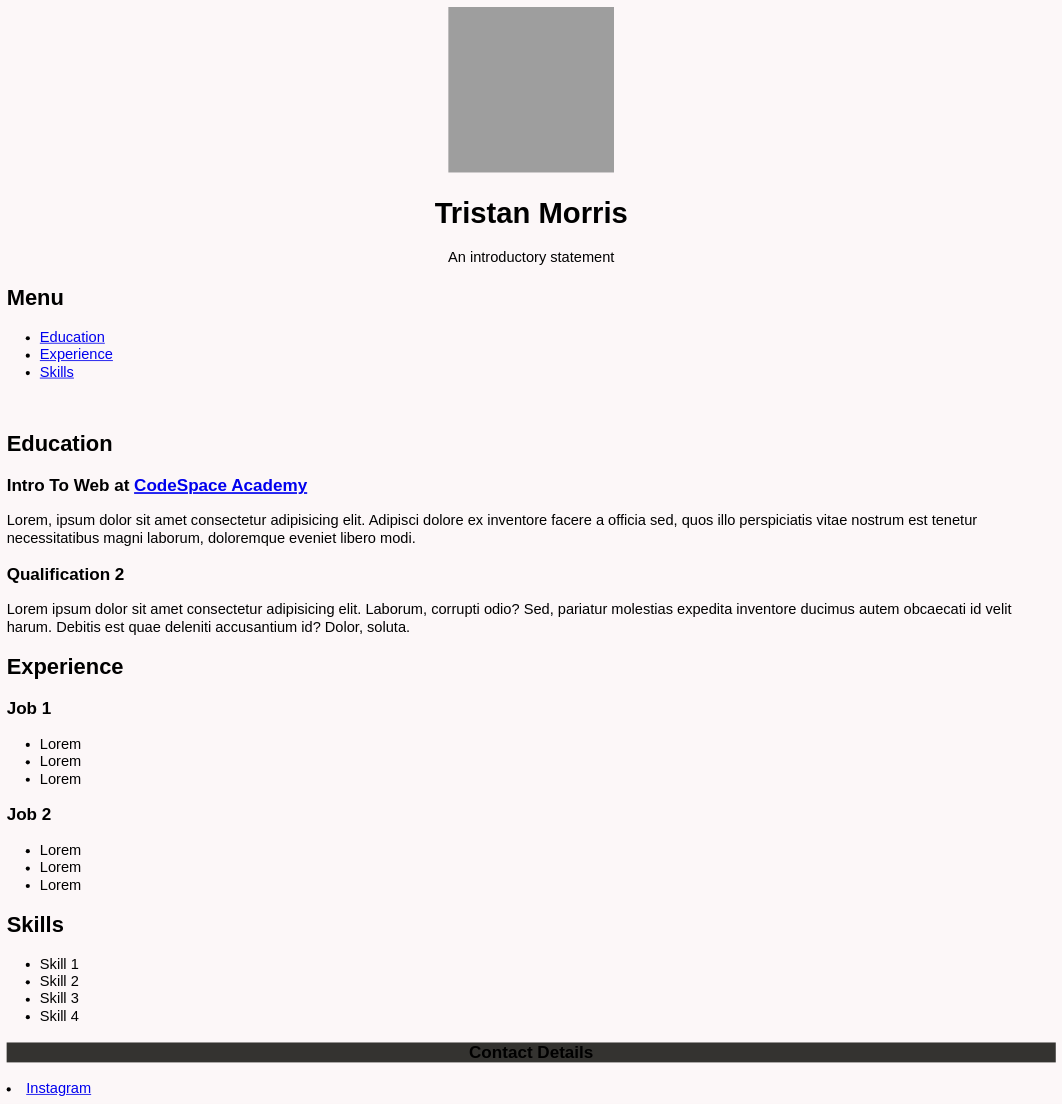
Repository: TristanKMorris/introToWebDesignAssignment
Page: resume1.html
These files come from the project's save history. The page is drawn as it stood at one moment and after the next save; the edit follows.
The browser window is 1280 px wide. The pictures show the whole page, at 83% of full size.
Pictures or frames that could not be fetched are drawn as grey boxes.

Above is the page before, as saved 2022-05-31 13:40:16.

### resume1.html

<!DOCTYPE html>
<html
  <head>
    <title>My first web page</title>

    <link rel="stylesheet" type="text/css" href="css/stylesheet.css">
  </head>
  <body>

    <header>
        <img src="images/Tristan Portrait.png" alt="Tristan Morris Portrait" width="200" height="200"/>
        <h1>Tristan Morris</h1>
        <p>An introductory statement</p>

    </header>

<div>
  <nav>

    <h2>Menu</h2>

    <ul>
      <li><a href="#education">Education</a></li>
      <li><a href="#experience">Experience</a></li>
      <li><a href="#skills">Skills</a></li>
    </ul>
  </nav>

</div>


    <br/>

    <h2 id="education">Education</h2>
    <h3>
      Intro To Web at <a href="http://codespace.co.za/">CodeSpace Academy</a>
    </h3>
    <p>
      Lorem, ipsum dolor sit amet consectetur adipisicing elit. Adipisci dolore
      ex inventore facere a officia sed, quos illo perspiciatis vitae nostrum
      est tenetur necessitatibus magni laborum, doloremque eveniet libero modi.
    </p>
    <h3>Qualification 2</h3>
    <p>
      Lorem ipsum dolor sit amet consectetur adipisicing elit. Laborum, corrupti
      odio? Sed, pariatur molestias expedita inventore ducimus autem obcaecati
      id velit harum. Debitis est quae deleniti accusantium id? Dolor, soluta.
    </p>
    <h2 id="experience">Experience</h2>
    <h3>Job 1</h3>
    <ul>
      <li>Lorem</li>
      <li>Lorem</li>
      <li>Lorem</li>
    </ul>
    <h3>Job 2</h3>
    <ul>
      <li>Lorem</li>
      <li>Lorem</li>
      <li>Lorem</li>
    </ul>
    <h2 id="skills">Skills</h2>
    <ul>
      <li>Skill 1</li>
      <li>Skill 2</li>
      <li>Skill 3</li>
      <li>Skill 4</li>
    </ul>

    <footer>
      <h3>Contact Details</h3>
    </footer>

    <li><a href="http://www.instagram.com/tristan_k_morris">Instagram</a></li>
  </body>
</html>

### css/stylesheet.css
body{
  font-family: sans-serif;
  font-size:110%;
  background-color: #FCF7F8;
}

header {
  text-align: center;
}

footer {
  background-color: #343330;
  text-align: center;
}

After the next save:
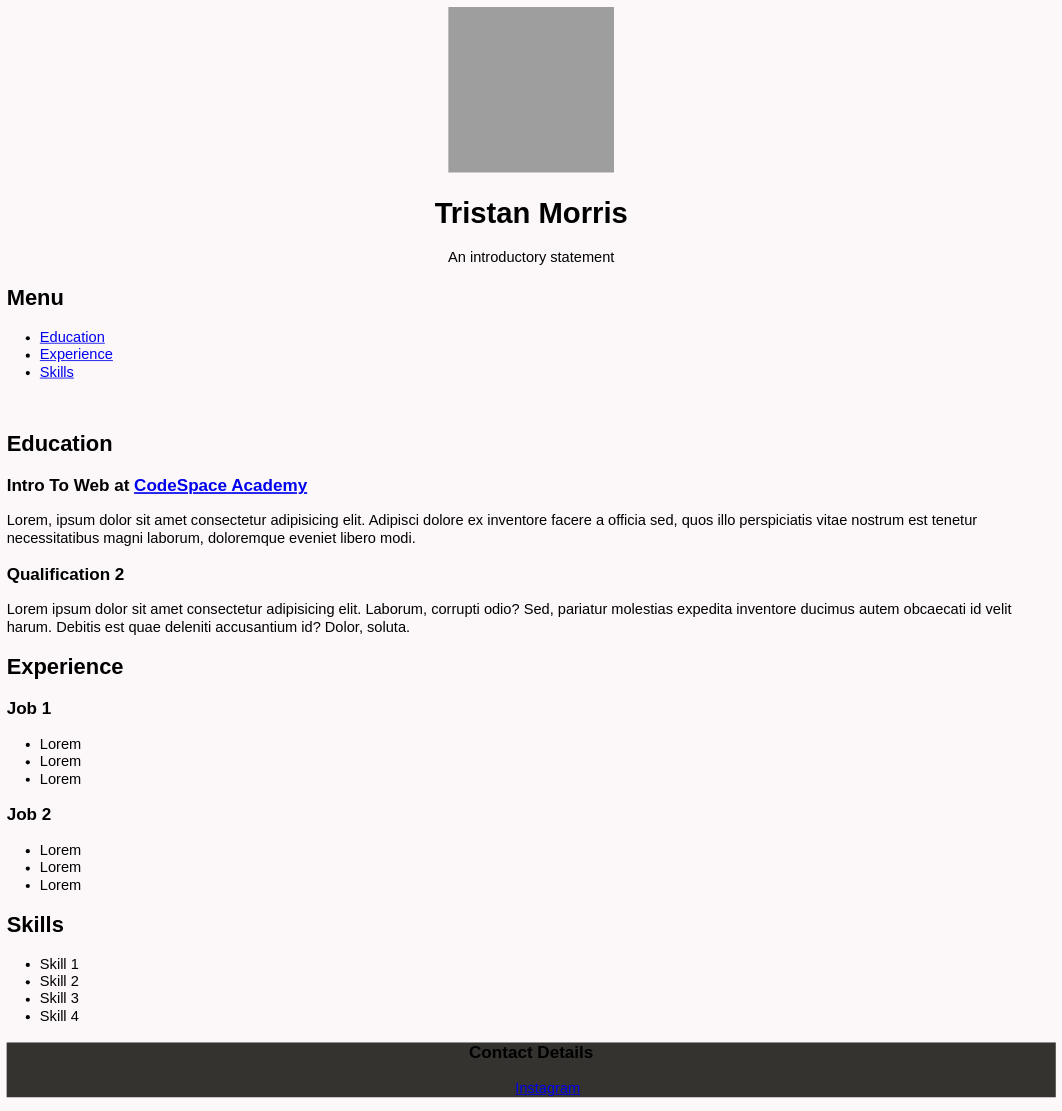
Saved 55 s later.
--- a/resume1.html
+++ b/resume1.html
@@ -70,8 +70,11 @@
 
     <footer>
       <h3>Contact Details</h3>
+      <ul>
+         <a href="http://www.instagram.com/tristan_k_morris">Instagram</a>
+      </ul>
     </footer>
 
-    <li><a href="http://www.instagram.com/tristan_k_morris">Instagram</a></li>
+
   </body>
 </html>
